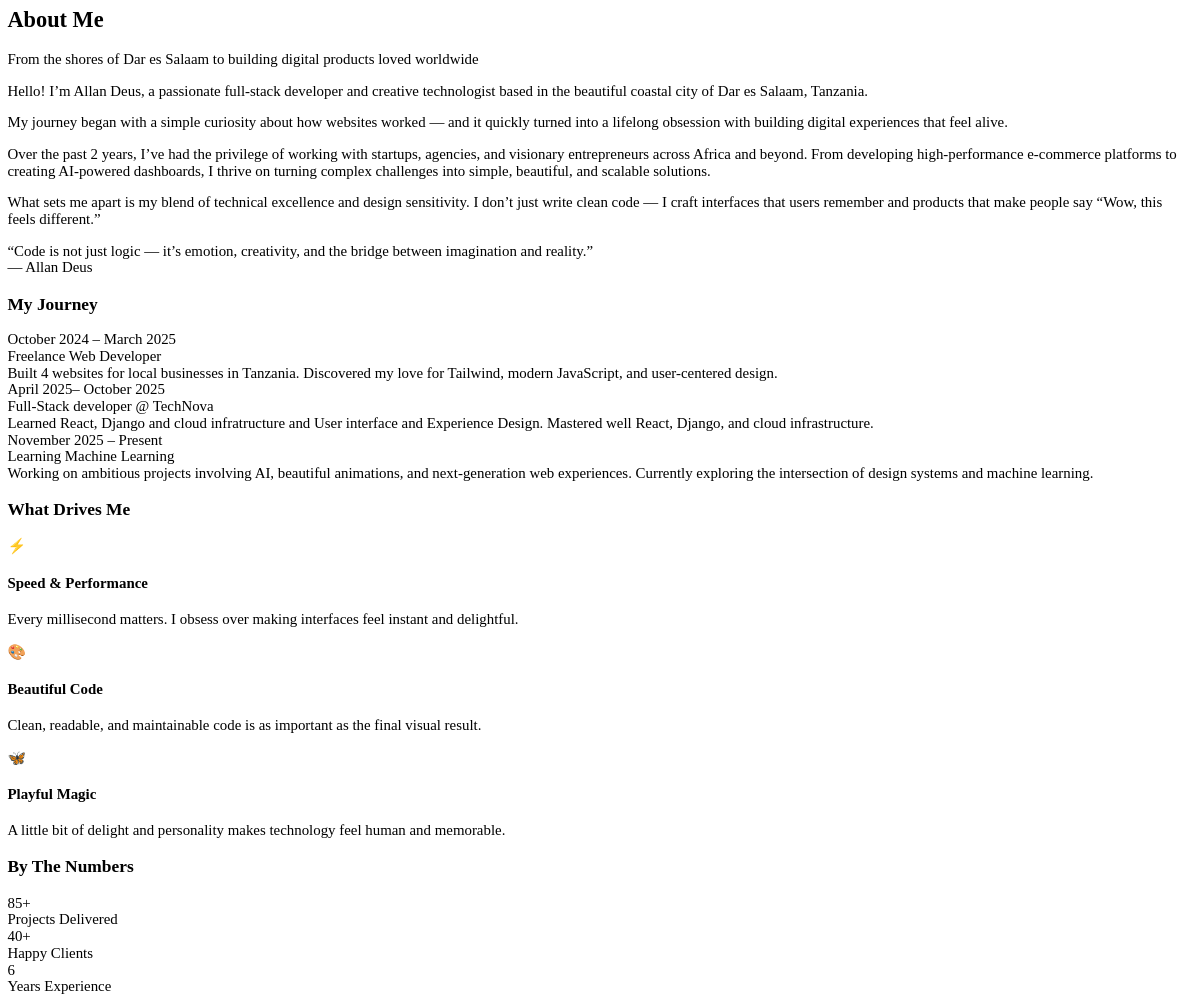
Repository: allan818181/portifolio
Page: core/templates/sections/about.html
These files come from the project's save history. The page is drawn as it stood at one moment and after the next save; the edit follows.
The browser window is 1280 px wide. The pictures show the whole page, at 93% of full size.

Above is the page before, as saved 2026-03-25 19:55:49.

### core/templates/sections/about.html
<div class="min-h-screen px-8 pt-24 pb-20 relative overflow-hidden bg-slate-950">
    <!-- Subtle Background Grid -->
    <div class="absolute inset-0 bg-[radial-gradient(#f97316_0.6px,transparent_1px)] bg-[length:60px_60px] opacity-5 pointer-events-none"></div>

    <div class="max-w-7xl mx-auto">

        <!-- Header -->
        <div class="text-center mb-20">
            <h2 class="text-6xl md:text-7xl font-black tracking-tighter">
                About <span class="bg-gradient-to-r from-orange-500 to-amber-400 bg-clip-text text-transparent">Me</span>
            </h2>
            <p class="mt-6 text-2xl text-slate-400 max-w-2xl mx-auto">
                From the shores of Dar es Salaam to building digital products loved worldwide
            </p>
        </div>

        <div class="grid grid-cols-1 lg:grid-cols-12 gap-16 lg:gap-20">

            <!-- LEFT COLUMN: Story -->
            <div class="lg:col-span-7 space-y-12">

                <!-- Main Story -->
                <div class="space-y-8 text-lg leading-relaxed text-slate-300">
                    <p>
                        Hello! I’m Allan Deus, a passionate full-stack developer and creative technologist based in
                        the beautiful coastal city of Dar es Salaam, Tanzania.
                    </p>
                    <p>
                        My journey began with a simple curiosity about how websites worked — and it quickly turned into
                        a lifelong obsession with building digital experiences that feel alive.
                    </p>
                    <p>
                        Over the past 2 years, I’ve had the privilege of working with startups, agencies, and visionary
                        entrepreneurs across Africa and beyond. From developing high-performance e-commerce platforms to
                        creating AI-powered dashboards, I thrive on turning complex challenges into simple, beautiful,
                        and scalable solutions.
                    </p>
                    <p>
                        What sets me apart is my blend of technical excellence and design sensitivity. I don’t just write
                        clean code — I craft interfaces that users remember and products that make people say
                        “Wow, this feels different.”
                    </p>
                </div>

                <!-- Personal Quote -->
                <div class="glass p-10 rounded-3xl italic text-xl leading-relaxed border-l-4 border-orange-500">
                    “Code is not just logic — it’s emotion, creativity, and the bridge between imagination and reality.”
                    <div class="mt-6 text-sm font-medium text-orange-400 not-italic">— Allan Deus</div>
                </div>

                <!-- Journey Timeline -->
                <div>
                    <h3 class="text-3xl font-semibold mb-10 flex items-center gap-4">
                        <span class="text-orange-500">My Journey</span>
                        <div class="flex-1 h-px bg-gradient-to-r from-orange-500/30 to-transparent"></div>
                    </h3>

                    <div class="space-y-10">
                        <div class="flex gap-8">
                            <div class="w-28 flex-shrink-0 text-right pt-1">
                                <div class="text-orange-400 font-mono text-sm">October 2024 – March 2025</div>
                            </div>
                            <div class="flex-1 glass p-8 rounded-3xl">
                                <div class="font-semibold text-xl mb-3">Freelance Web Developer</div>
                                <div class="text-slate-400">
                                    Built 4 websites for local businesses in Tanzania. Discovered my love for Tailwind,
                                    modern JavaScript, and user-centered design.
                                </div>
                            </div>
                        </div>

                        <div class="flex gap-8">
                            <div class="w-28 flex-shrink-0 text-right pt-1">
                                <div class="text-orange-400 font-mono text-sm">April 2025– October 2025</div>
                            </div>
                            <div class="flex-1 glass p-8 rounded-3xl">
                                <div class="font-semibold text-xl mb-3">Full-Stack developer @ TechNova</div>
                                <div class="text-slate-400">
                                    Learned React, Django and cloud infratructure and User interface and Experience Design.
                                    Mastered well React, Django, and cloud infrastructure.
                                </div>
                            </div>
                        </div>

                        <div class="flex gap-8">
                            <div class="w-28 flex-shrink-0 text-right pt-1">
                                <div class="text-orange-400 font-mono text-sm">November 2025 – Present</div>
                            </div>
                            <div class="flex-1 glass p-8 rounded-3xl">
                                <div class="font-semibold text-xl mb-3">Learning Machine Learning</div>
                                <div class="text-slate-400">
                                    Working on ambitious projects involving AI, beautiful animations, and next-generation
                                    web experiences. Currently exploring the intersection of design systems and machine learning.
                                </div>
                            </div>
                        </div>
                    </div>
                </div>
            </div>

            <!-- RIGHT COLUMN: Values + Stats -->
            <div class="lg:col-span-5 space-y-12">

                <!-- What Drives Me -->
                <div>
                    <h3 class="text-3xl font-semibold mb-8">What Drives Me</h3>
                    <div class="space-y-6">
                        <div class="glass p-8 rounded-3xl">
                            <div class="flex items-start gap-5">
                                <div class="text-4xl">⚡</div>
                                <div>
                                    <h4 class="text-2xl font-semibold mb-2">Speed &amp; Performance</h4>
                                    <p class="text-slate-400">Every millisecond matters. I obsess over making interfaces feel instant and delightful.</p>
                                </div>
                            </div>
                        </div>

                        <div class="glass p-8 rounded-3xl">
                            <div class="flex items-start gap-5">
                                <div class="text-4xl">🎨</div>
                                <div>
                                    <h4 class="text-2xl font-semibold mb-2">Beautiful Code</h4>
                                    <p class="text-slate-400">Clean, readable, and maintainable code is as important as the final visual result.</p>
                                </div>
                            </div>
                        </div>

                        <div class="glass p-8 rounded-3xl">
                            <div class="flex items-start gap-5">
                                <div class="text-4xl">🦋</div>
                                <div>
                                    <h4 class="text-2xl font-semibold mb-2">Playful Magic</h4>
                                    <p class="text-slate-400">A little bit of delight and personality makes technology feel human and memorable.</p>
                                </div>
                            </div>
                        </div>
                    </div>
                </div>

                <!-- Hard Stats (without Countries Reached) -->
                <div class="glass p-12 rounded-3xl">
                    <h3 class="text-3xl font-semibold mb-10 text-center">By The Numbers</h3>
                    <div class="grid grid-cols-2 gap-x-8 gap-y-12 text-center">
                        <div>
                            <div class="text-6xl font-bold text-orange-500 mb-2">85+</div>
                            <div class="uppercase text-sm tracking-widest text-slate-400">Projects Delivered</div>
                        </div>
                        <div>
                            <div class="text-6xl font-bold text-orange-500 mb-2">40+</div>
                            <div class="uppercase text-sm tracking-widest text-slate-400">Happy Clients</div>
                        </div>
                        <div>
                            <div class="text-6xl font-bold text-orange-500 mb-2">6</div>
                            <div class="uppercase text-sm tracking-widest text-slate-400">Years Experience</div>
                        </div>
                    </div>
                </div>
            </div>
        </div>
    </div>
</div>

After the next save:
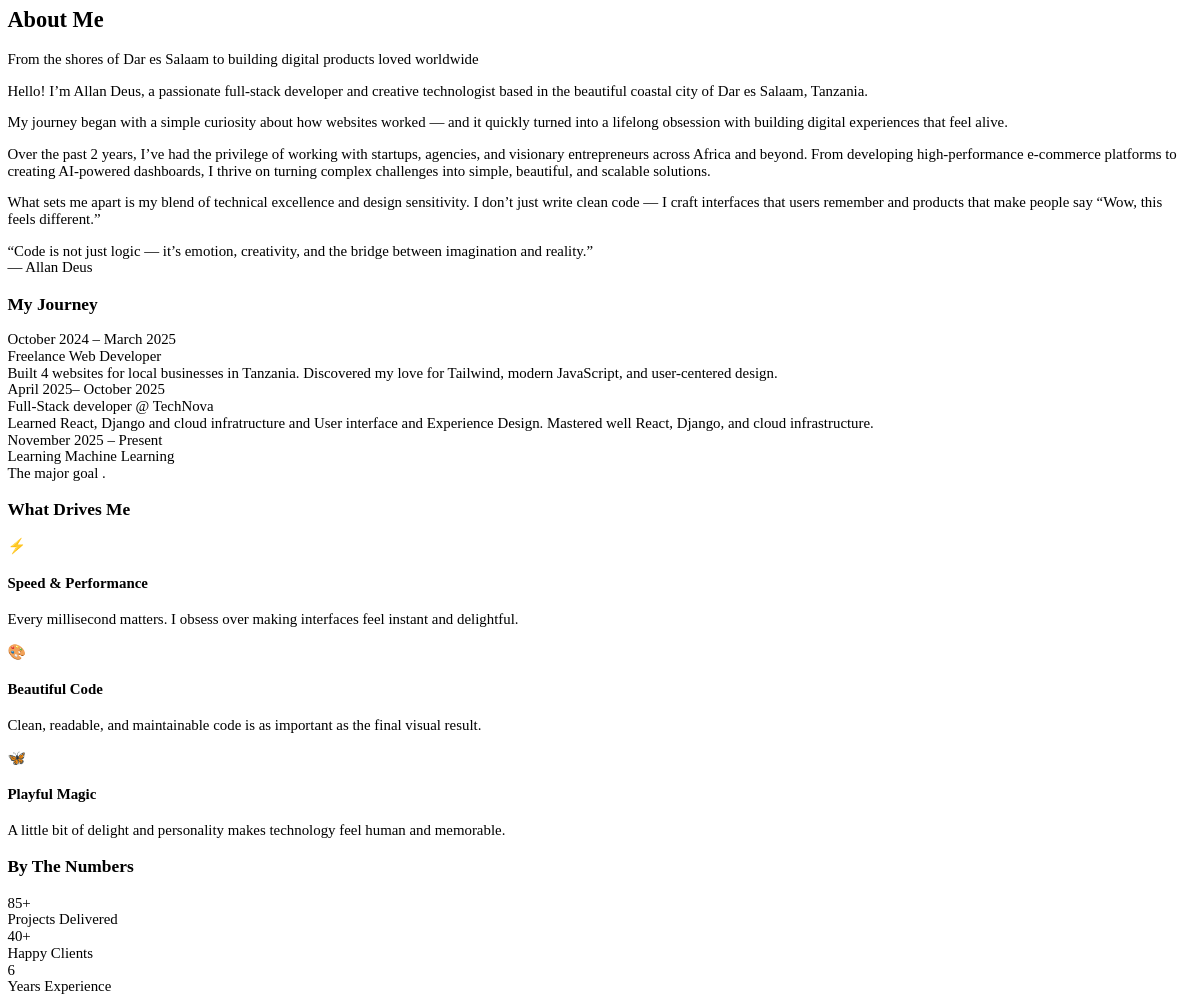
Saved 31 s later.
--- a/core/templates/sections/about.html
+++ b/core/templates/sections/about.html
@@ -89,8 +89,8 @@
                             <div class="flex-1 glass p-8 rounded-3xl">
                                 <div class="font-semibold text-xl mb-3">Learning Machine Learning</div>
                                 <div class="text-slate-400">
-                                    Working on ambitious projects involving AI, beautiful animations, and next-generation
-                                    web experiences. Currently exploring the intersection of design systems and machine learning.
+                                    The major goal
+                                    .
                                 </div>
                             </div>
                         </div>
